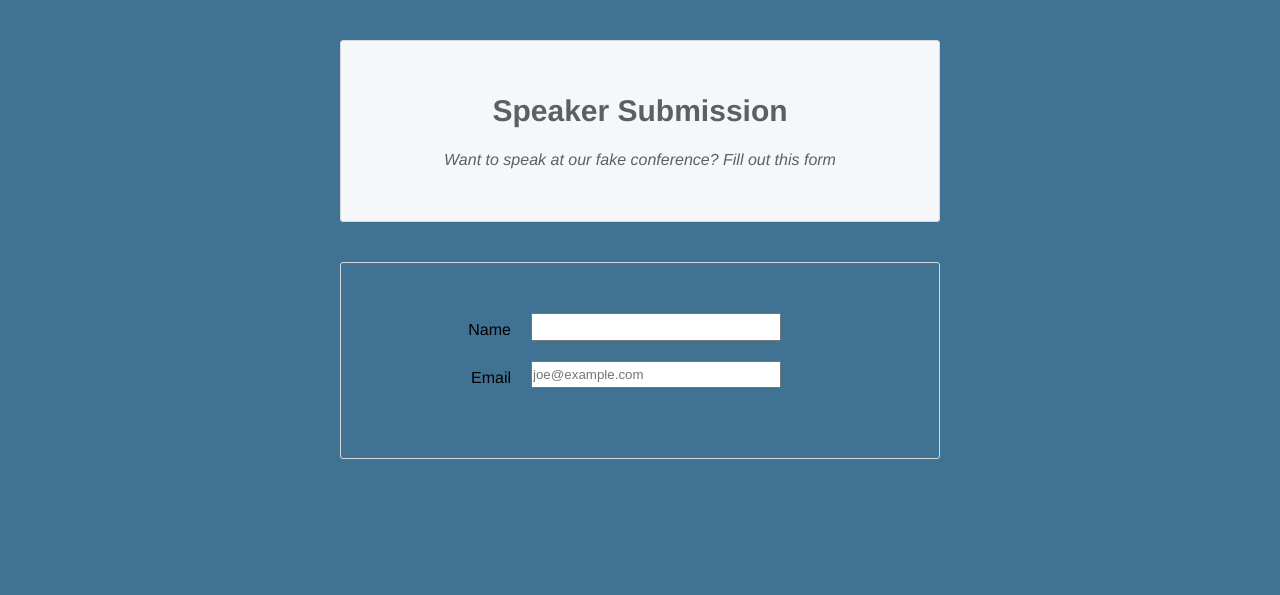
Repository: randomUser134923/pet-projects
Page: CSS_practice/7_forms/index.html
The author's editor kept a record of every edit. The page is drawn from the files as they stood at one moment, then again after the next edit.
The browser window is 1280 px wide. The pictures show the whole page.

Above is the page before.

After the next edit:
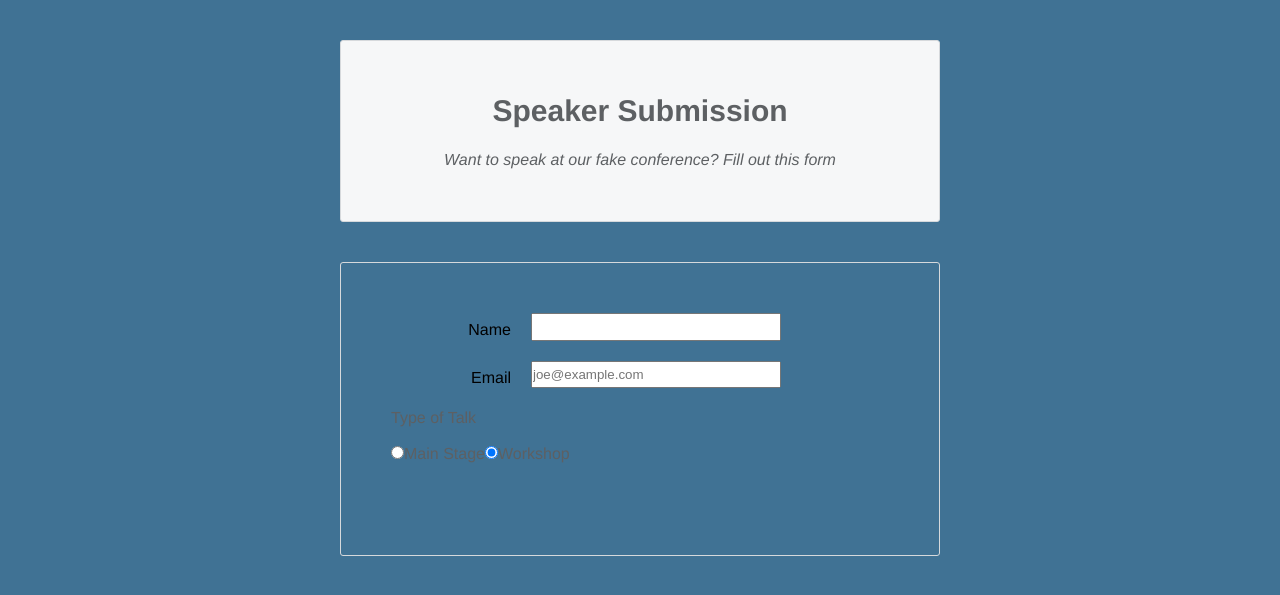
The edit:
--- a/CSS_practice/7_forms/index.html
+++ b/CSS_practice/7_forms/index.html
@@ -23,6 +23,20 @@
                 <input id='email' name='email' type='email' placeholder='joe@example.com'/>
             </div>
 
+            <fieldset class='legacy-form-row'>
+              <legend>Type of Talk</legend>
+              <input id='talk-type-1'
+                     name='talk-type'
+                     type='radio'
+                     value='main-stage' />
+              <label for='talk-type-1' class='radio-label'>Main Stage</label>
+              <input id='talk-type-2'
+                     name='talk-type'
+                     type='radio'
+                     value='workshop'
+                     checked />
+              <label for='talk-type-2' class='radio-label'>Workshop</label>
+            </fieldset>
         </form>
     </body>
 </html>
